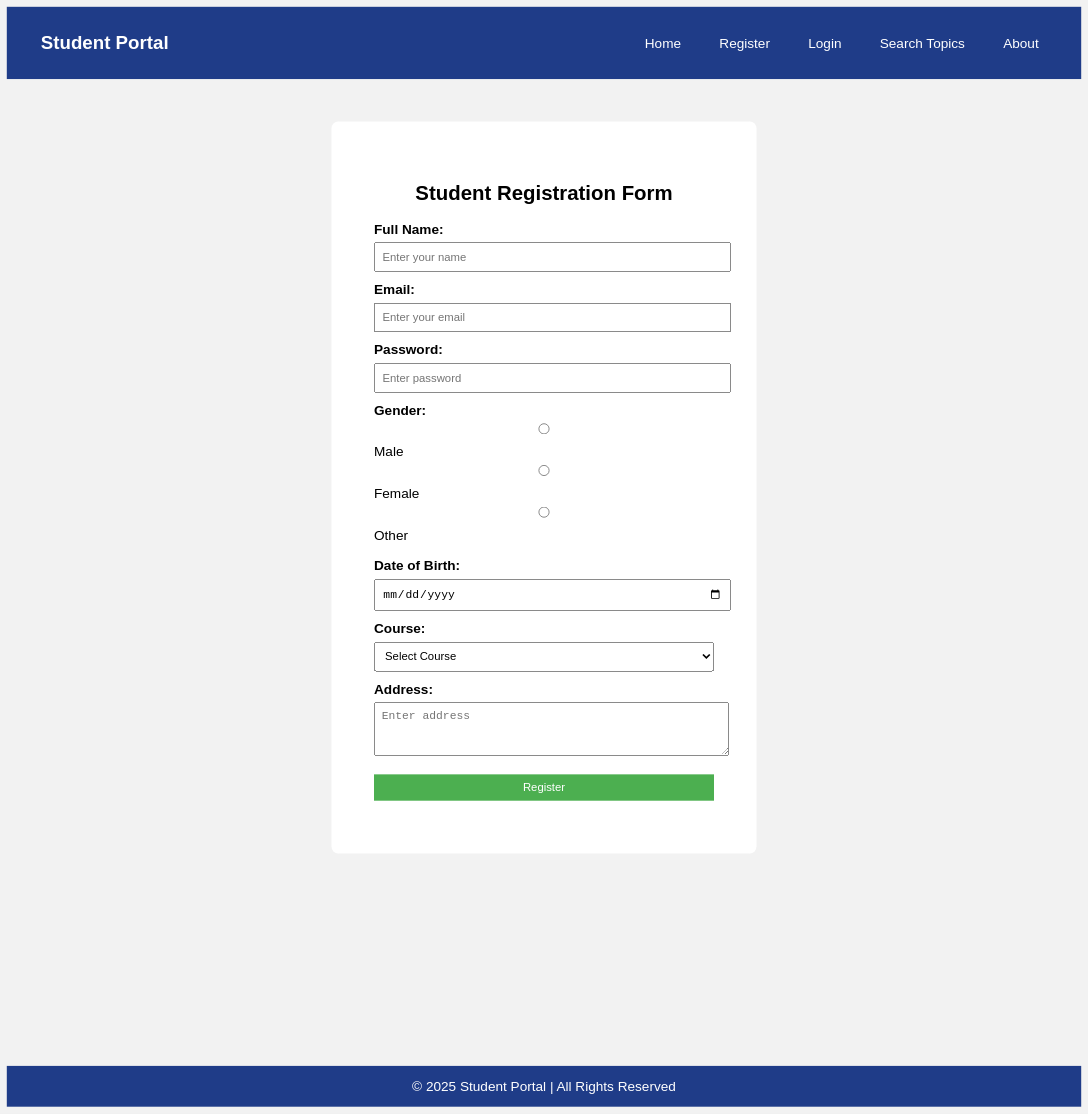
Repository: Tanvisalunkhe/Java_Codes
Page: demo/src/main/webapp/register.html
These files come from the project's save history. The page is drawn as it stood at one moment and after the next save; the edit follows.
The browser window is 1280 px wide. The pictures show the whole page, at 85% of full size.

Above is the page before, as saved 2025-12-26 06:49:38.

After the next save:
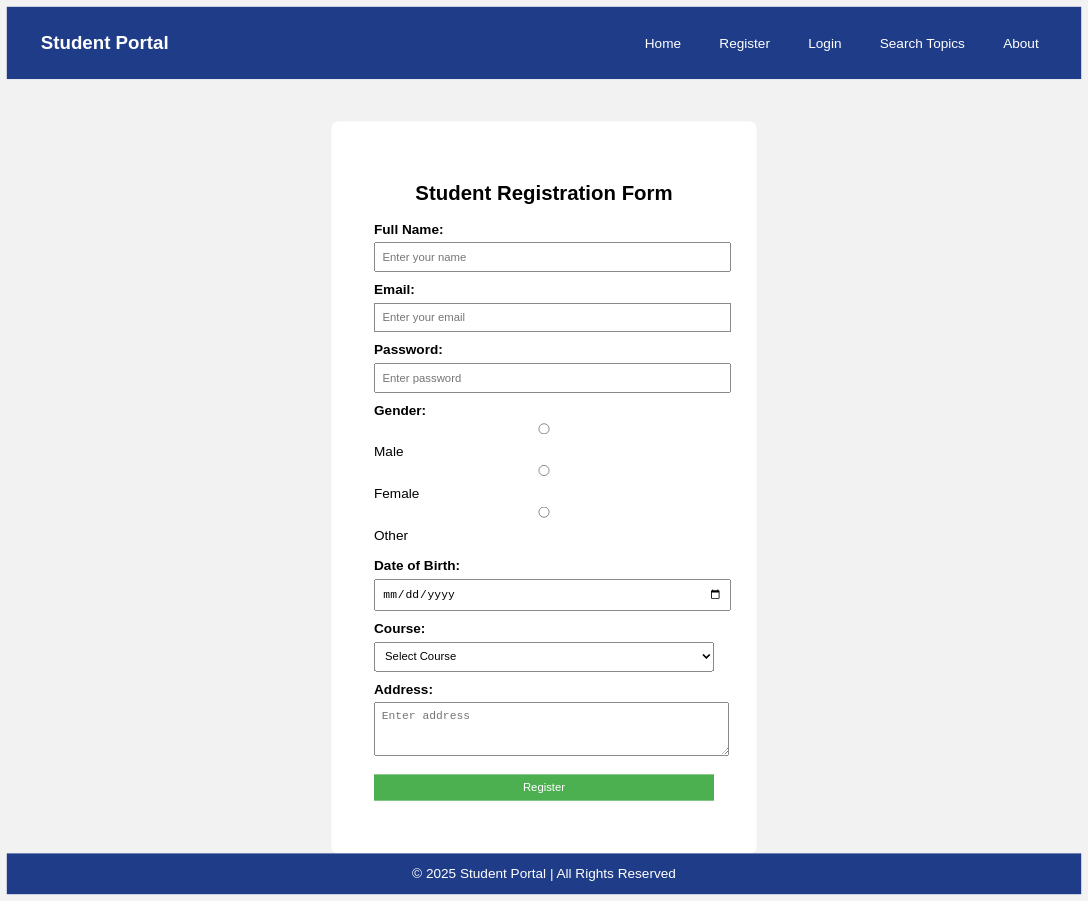
Saved 33 s later.
--- a/demo/src/main/webapp/register.html
+++ b/demo/src/main/webapp/register.html
@@ -76,7 +76,7 @@
             color: white;
             text-align: center;
             padding: 15px;
-            margin-top: 250px;
+            margin-top: auto;
         }
     </style>
 </head>
